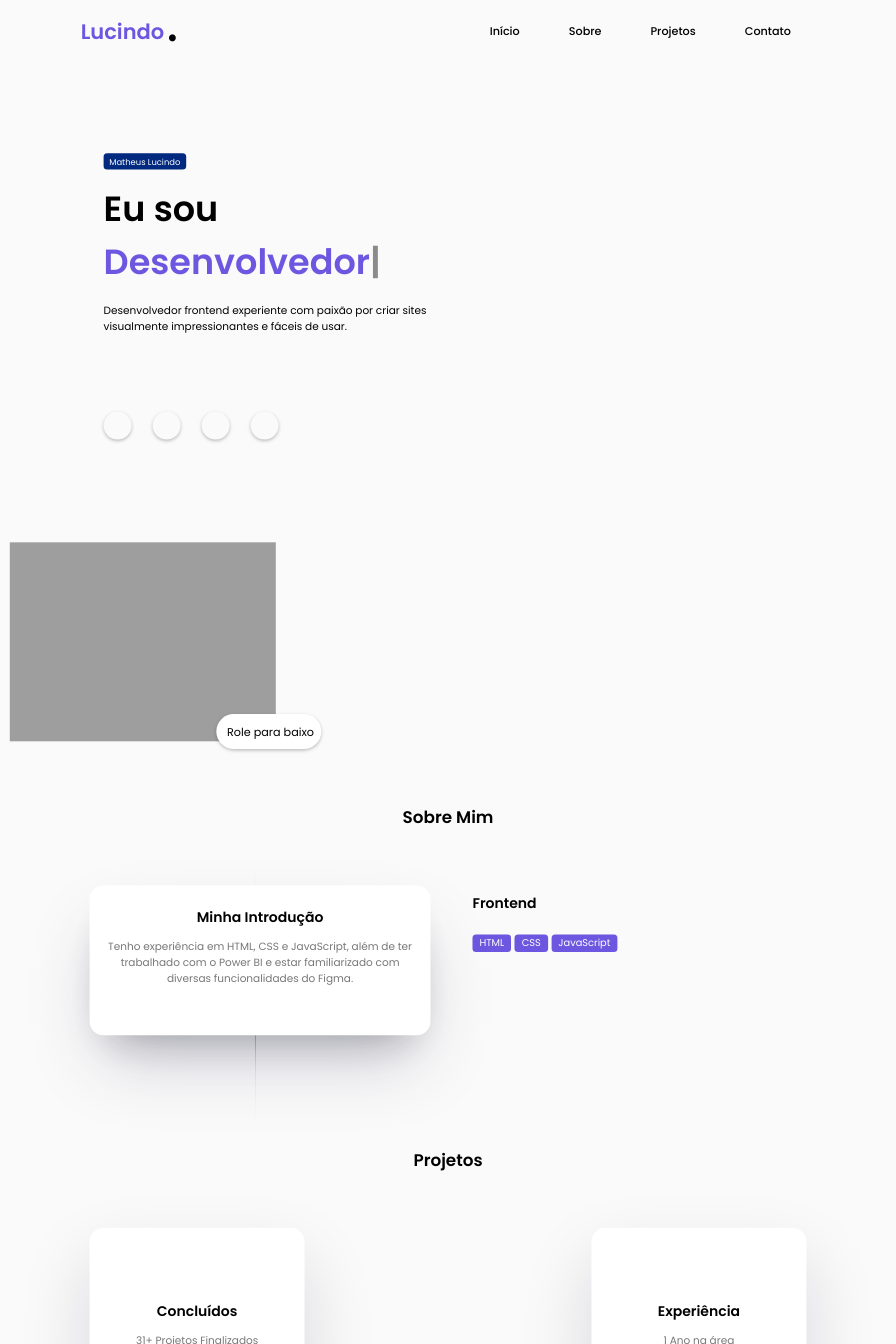
Repository: Matheus904-12/PrePortf
Page: index.html
The author's editor kept a copy of each file at every save. The page is drawn from the files as they stood at one save, then again after the next save.
The browser window is 1280 px wide. The pictures show the part of the page from y = 0 to 1920 px (the page is 3033 px tall before and 2744 px after), at 70% of full size.
Pictures or frames that could not be fetched are drawn as grey boxes. Some icons come from a web library that is not loaded, so they are not drawn. Some web libraries are served in a nearby version.

Above is the page before, as saved 2023-09-29 12:23:39.

After the next save:
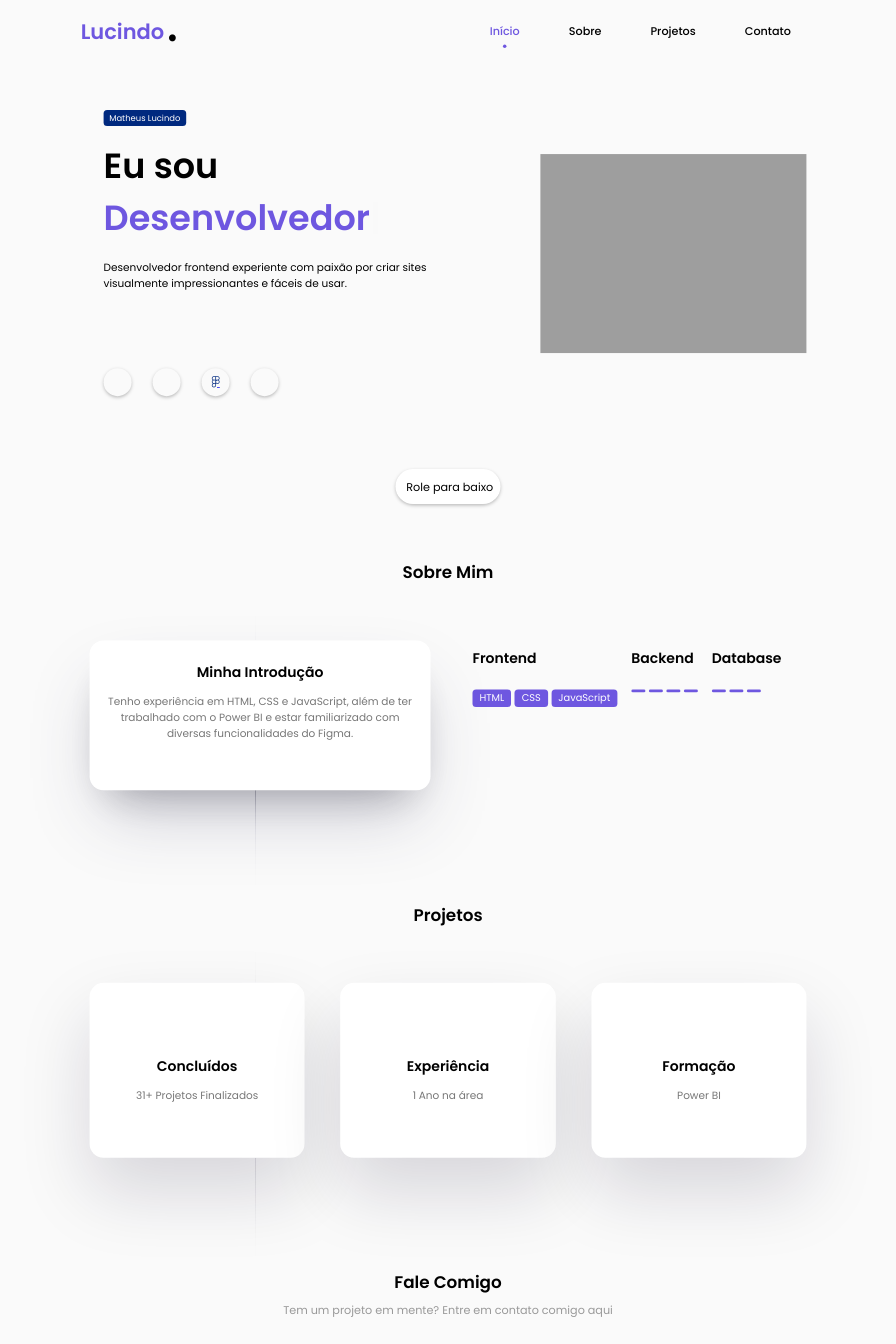
Console error: SyntaxError: Identifier 'typingEffect' has already been declared
Saved 4 days later.
--- a/index.html
+++ b/index.html
@@ -9,10 +9,12 @@
     <link rel="stylesheet" href="https://unicons.iconscout.com/release/v4.0.8/css/line.css">
     <!-- CSS -->
     <link rel="stylesheet" href="style.css">
-    <!-- Adicionar favicon -->
+    <!-- Add favicon -->
     <link rel="shortcut icon" href="assets/images/favicon.png" type="image/x-icon">
 
-    <title>Portfólio | Codingdev</title>
+    <script src="https://kit.fontawesome.com/fd29053194.js" crossorigin="anonymous"></script>
+
+    <title>Portfolio | Codingdev</title>
 </head>
 
 <body>
@@ -52,20 +54,6 @@
         <!-- -------------- PRINCIPAL ---------------- -->
         <main class="wrapper">
             <!-- -------------- DESTAQUE ---------------- -->
-            <br>
-            <br>
-            <br>
-            <br>
-            <br>
-            <br>
-            <br>
-            <br>
-            <br>
-            <br>
-            <br>
-            <br>
-            <br>
-            <br>
             <section class="featured-box" id="home">
                 <div class="featured-text">
                     <div class="featured-text-card">
@@ -79,29 +67,24 @@
                             impressionantes e fáceis de usar.
                         </p>
                     </div>
-
                     <div class="social_icons">
                         <a href="https://www.instagram.com/matheus_lucindo/" target="_blank" class="icon"><i class="uil uil-instagram"></i></a>
                         <a href="https://www.linkedin.com/in/matheus-lucindo-b35b68190/" target="_blank" class="icon"><i class="uil uil-linkedin-alt"></i></a>
-                        <a href="https://www.figma.com/@myprojets" target="_blank" class="icon"><i class="uil uil-figma"></i></a>
+                        <a href="https://www.figma.com/@myprojets" target="_blank" class="icon"><i class="fa-brands fa-figma" style="color: #00297f;"></i></a>
                         <a href="https://github.com/Matheus904-12" target="_blank" class="icon"><i class="uil uil-github-alt"></i></a>
                     </div>
-
+                </div>
                 <div class="featured-image">
                     <div class="image">
                         <img src=".png" alt="avatar">
                     </div>
                 </div>
-                <center>
-                    <center>
                 <div class="scroll-icon-box">
                     <a href="#about" class="scroll-btn">
                         <i class="uil uil-mouse-alt"></i>
                         <p>Role para baixo</p>
                     </a>
                 </div>
-                    </center>
-            </center>
 
             </section>
             <!-- -------------- SOBRE ---------------- -->
@@ -114,8 +97,8 @@
                         <div class="about-info">
                             <h3>Minha Introdução</h3>
                             <p><p>Tenho experiência em HTML, CSS e JavaScript, além de ter trabalhado com o Power BI e estar familiarizado com diversas funcionalidades do Figma.</p>
-
                             </p>
+
                         </div>
                     </div>
                     <div class="col">
@@ -129,6 +112,29 @@
                                 <span>JavaScript</span>
                             </div>
                         </div>
+                        <div class="skills-box">
+                            <div class="skills-header">
+                                <h3>Backend</h3>
+                            </div>
+                            <div class="skills-list">
+                                <span></span>
+                                <span></span>
+                                <span></span>
+                                <span></span>
+                            </div>
+                        </div>
+                        <div class="skills-box">
+                            <div class="skills-header">
+                                <h3>Database</h3>
+                            </div>
+                            <div class="skills-list">
+                                <span></span>
+                                <span></span>
+                                <span></span>
+                            </div>
+                        </div>
+                    </div>
+                </div>
             </section>
 
             <!-- -------------- PROJETOS ---------------- -->
@@ -148,6 +154,11 @@
                         <h3>Experiência</h3>
                         <label>1 Ano na área</label>
                     </div>
+                    <div class="project-box">
+                        <i class="uil uil-award"></i>
+                        <h3>Formação</h3>
+                        <label>Power BI</label>
+                    </div>
                 </div>
             </section>
 
@@ -165,6 +176,22 @@
                             <p><i class="uil uil-envelope"></i> Email: matheuslucindo904@gmail.com</p>
                             <p><i class="uil uil-phone"></i> +55 11 97166-6817</p>
                         </div>
+                    </div>
+                    <div class="col">
+                        <div class="form-control">
+                            <div class="form-inputs">
+                                <input type="text" class="input-field" placeholder="Nome">
+                                <input type="text" class="input-field" placeholder="Email">
+                            </div>
+                            <div class="text-area">
+                                <textarea placeholder="Mensagem"></textarea>
+                            </div>
+                            <div class="form-button">
+                                <button class="btn">Enviar <i class="uil uil-message"></i></button>
+                            </div>
+                        </div>
+                    </div>
+                </div>
             </section>
 
         </main>
@@ -194,7 +221,7 @@
             <div class="footer-social-icons">
                 <div class="icon"><a href="https://www.instagram.com/matheus_lucindo/" target="_blank"><i class="uil uil-instagram"></i></a></div>
                 <div class="icon"><a href="https://www.linkedin.com/in/matheus-lucindo-b35b68190/" target="_blank"><i class="uil uil-linkedin-alt"></i></a></div>
-                <div class="icon"><a href="https://www.figma.com/@myprojets" target="_blank"><i class="uil uil-figma"></i></a></div>
+                <a href="https://www.figma.com/@myprojets" target="_blank" class="icon"><i class="fa-brands fa-figma" style="color: #00297f;"></i></a>
                 <div class="icon"><a href="https://github.com/Matheus904-12" target="_blank"><i class="uil uil-github-alt"></i></a></div>
             </div>
             <div class="bottom-footer">
@@ -217,3 +244,18 @@
 </body>
 
 </html>
+
+
+
+
+    <!-- ----- TYPING JS Link ----- -->
+    <script src="https://unpkg.com/typed.js@2.0.16/dist/typed.umd.js"></script>
+
+    <!-- ----- SCROLL REVEAL JS Link----- -->
+    <script src="https://unpkg.com/scrollreveal"></script>
+
+    <!-- ----- MAIN JS ----- -->
+    <script src="./script.js"></script>
+</body>
+
+</html>
